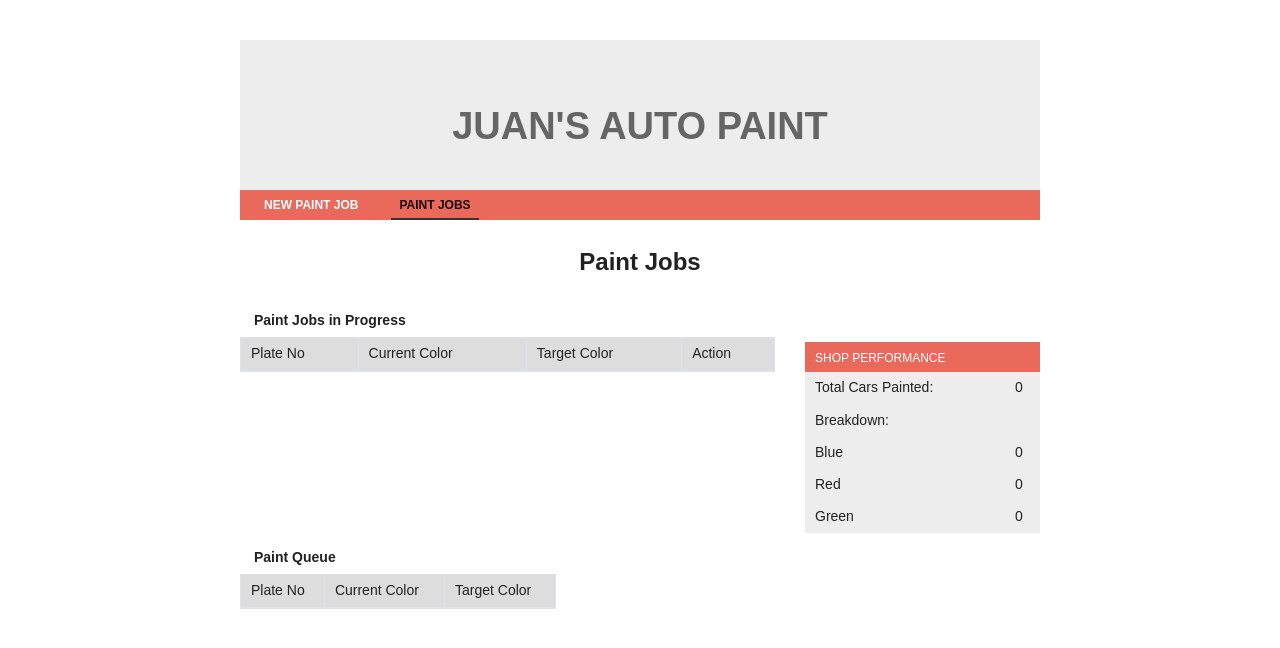
Repository: soycaringal/paint-job
Page: http://localhost/jobs
The author's editor kept a copy of each file at every save. The page is drawn from the files as they stood at one save, then again after the next save.
The browser window is 1280 px wide. The pictures show the whole page.
The page is served by the project's Laravel application, run on PHP 8.4 with Laravel 8. Queries for data that is not in the repository find no rows.

Above is the page before, as saved 2020-02-23 19:15:30.

After the next save:
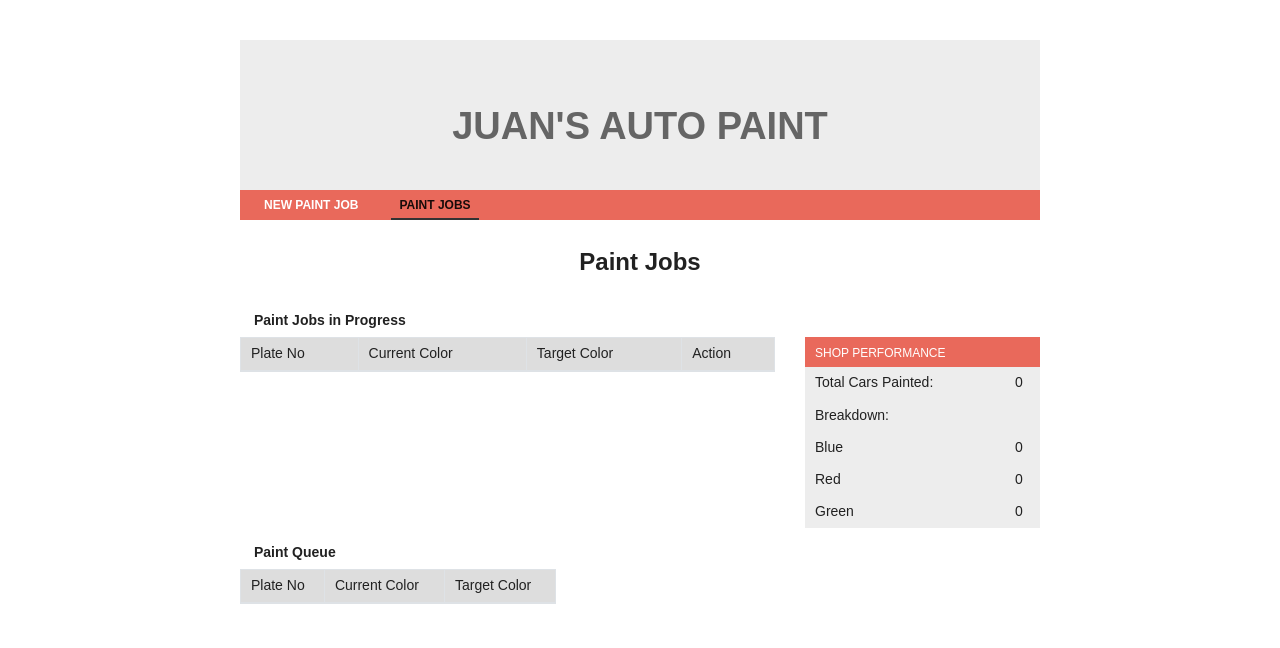
Saved 4 s later.
--- a/public/css/main.css
+++ b/public/css/main.css
@@ -125,7 +125,7 @@ header h1 {
 }
 
 .paint-jobs-content .car-performance {
-    margin-top: 30px;
+    margin-top: 25px;
     margin-left: 30px;
     width: 235px;
 }
